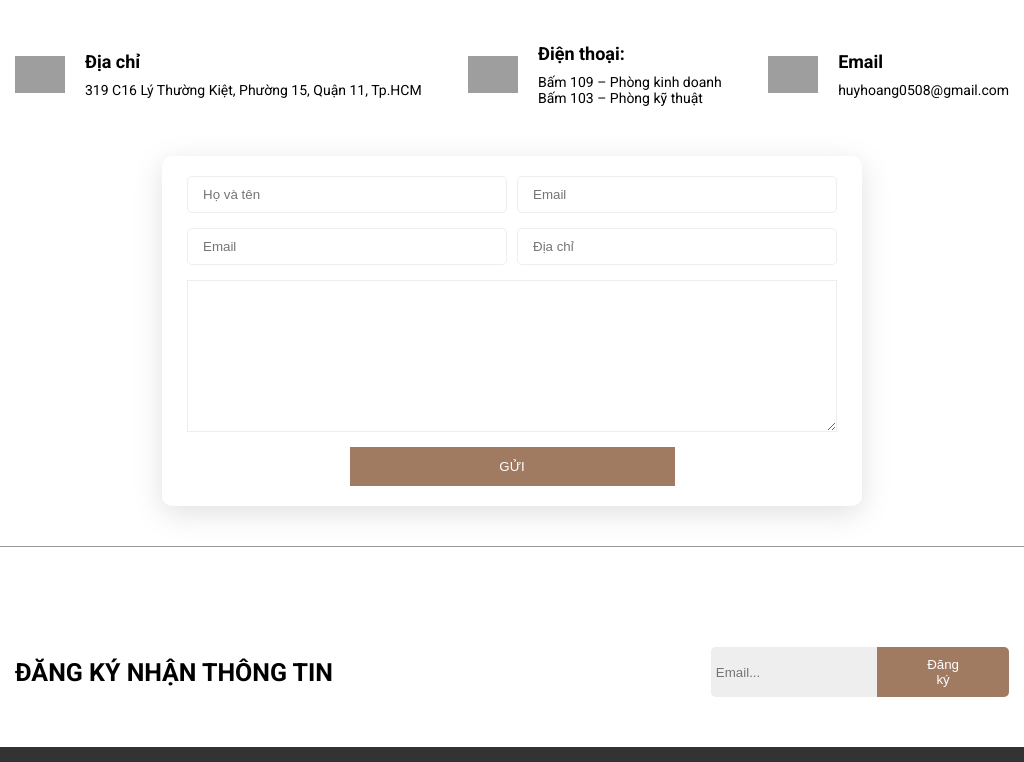
Repository: web345/WEBNANGCAO-clock-
Page: contact.html
These files come from the project's save history. The page is drawn as it stood at one moment and after the next save; the edit follows.
The browser window is 1024 px wide. The pictures show the part of the page from y = 678 to 1440 px (the page is 1911 px tall before and 2005 px after).
Pictures or frames that could not be fetched are drawn as grey boxes. A picture or video elsewhere on the page could not be fetched, so the positions and the page height are approximate. Some web libraries are served in a nearby version.

Above is the page before, as saved 2021-09-10 21:09:10.

### contact.html
<!DOCTYPE html>
<html lang="en">
  <head>
    <meta charset="UTF-8" />
    <meta http-equiv="X-UA-Compatible" content="IE=edge" />
    <meta name="viewport" content="width=device-width, initial-scale=1.0" />
    <title>Document</title>
    <link rel="preconnect" href="https://fonts.gstatic.com" />
    <link
      href="https://fonts.googleapis.com/css2?family=Roboto:ital,wght@0,100;0,300;0,400;0,500;0,700;0,900;1,100;1,300;1,400;1,500;1,700;1,900&display=swap"
      rel="stylesheet"
    />
    <link rel="stylesheet" href="./CSS/index.css" />
    <link rel="stylesheet" href="./CSS/contact.css" />
    <link
      rel="stylesheet"
      href="https://cdnjs.cloudflare.com/ajax/libs/font-awesome/5.15.3/css/all.min.css"
    />
    <!-- thư viện slick slider  -->
    <link
      rel="stylesheet"
      type="text/css"
      href="//cdn.jsdelivr.net/npm/slick-carousel@1.8.1/slick/slick.css"
    />
  </head>
  <body>
    <header>
      <div class="header-1">
        <div class="container">
          <div class="header-1-s">
            <div class="header-1-item-1">
              <p class="header-1-item-text-1">
                <i class="fas fa-map-marker-alt icon"></i> 319 - C16 Lý Thường
                Kiệt, P.15, Q.11, Tp.HCM
              </p>
              <p class="header-1-item-text-1">
                <i class="fas fa-phone-alt icon"></i>
                <a href="" class="header-1-item-text-link">076 922 0162</a>
              </p>
            </div>
            <div class="header-1-item-1">
              <p class="header-1-item-text-2">
                <a href="" class="header-1-item-text-link"
                  ><i class="fab fa-facebook-f"></i
                ></a>
              </p>
              <p class="header-1-item-text-2">
                <a href="" class="header-1-item-text-link"
                  ><i class="fab fa-instagram"></i
                ></a>
              </p>
              <p class="header-1-item-text-2">
                <a href="" class="header-1-item-text-link"
                  ><i class="fab fa-twitter"></i
                ></a>
              </p>
            </div>
          </div>
        </div>
      </div>

      <div class="header-2">
        <div class="container">
          <div class="header-2-s">
            <div class="header-2-logo">
              <img src="./logo/logo-mona-2.png" alt="" />
            </div>

            <div class="header-2-search">
              <input type="text" placeholder="Tìm kiếm" />
              <button type="submit"><i class="fas fa-search"></i></button>
            </div>

            <div class="header-2-right">
              <p class="header-2-right-text">
                <a href=""><i class="fas fa-heart"></i></a>
              </p>
              <p class="header-2-right-cart">
                <span class="header-2-right-number">0</span>
              </p>
            </div>
          </div>
        </div>
      </div>

      <!-- lam phan icon de dropmenu khi responsive -->
      <input type="checkbox" id="toggle-menu" />
      <label for="toggle-menu" class="header-icon-responsive">
        <i class="fas fa-bars" id="header-icon1"></i>
        <i class="fas fa-times" id="header-icon2"></i>
      </label>
      <div class="header-3">
        <div class="header-3-s">
          <ul class="header-3-list">
            <li class="header-3-list-item active">
              <a href="./index.html" class="header-3-list-item-link"
                >Trang chủ</a
              >
            </li>
            <li class="header-3-list-item">
              <a href="./introduce.html" class="header-3-list-item-link"
                >Giới thiệu</a
              >
            </li>
            <li class="header-3-list-item">
              <a href="./product-boy.html" class="header-3-list-item-link"
                >đồng hồ nam</a
              >
            </li>
            <li class="header-3-list-item">
              <a href="./product-girl.html" class="header-3-list-item-link"
                >đồng hồ nữ</a
              >
            </li>
            <li class="header-3-list-item">
              <a href="./news.html" class="header-3-list-item-link">blogs</a>
            </li>
            <li class="header-3-list-item">
              <a href="./contact.html" class="header-3-list-item-link"
                >liên hệ</a
              >
            </li>
            <li class="header-3-list-item">
              <a href="" class="header-3-list-item-link">Đăng nhập</a>
            </li>
            <li class="header-3-list-item header-3-list-item-mobile">
              <div class="header-3-list-item-search">
                <input
                  type="text"
                  name=""
                  id=""
                  class="header-3-list-item-search-input"
                  placeholder="Tìm kiếm"
                />
                <button class="header-3-list-item-search-btn" type="submit">
                  <i class="fas fa-search"></i>
                </button>
              </div>
            </li>
          </ul>
        </div>
      </div>
    </header>
    <!-- hết phần header  -->

    <div class="contact">
      <div class="container">
        <div class="contact-maps">
          <div class="contact__maps-epu">
            <iframe
              src="https://www.google.com/maps/embed?pb=!1m18!1m12!1m3!1d3723.657060482336!2d105.78272751429809!3d21.04640359255304!2m3!1f0!2f0!3f0!3m2!1i1024!2i768!4f13.1!3m3!1m2!1s0x3135abb158a2305d%3A0x5c357d21c785ea3d!2zVHLGsOG7nW5nIMSQ4bqhaSBo4buNYyDEkGnhu4duIEzhu7Fj!5e0!3m2!1svi!2s!4v1631268219230!5m2!1svi!2s"
              width="1200"
              height="450"
              style="border: 0"
              allowfullscreen=""
              loading="lazy"
            ></iframe>
          </div>
        </div>
        <div class="contact-list">
          <div class="contact-item">
            <img src="./contact/contact1.PNG" alt="" class="contact-image" />
            <div class="contact-info">
              <h3 class="info-name">Địa chỉ</h3>
              <p class="info-desc">
                319 C16 Lý Thường Kiệt, Phường 15, Quận 11, Tp.HCM
              </p>
            </div>
          </div>
          <div class="contact-item">
            <img src="./contact/contact2.PNG" alt="" class="contact-image" />
            <div class="contact-info">
              <h3 class="info-name">Điện thoại:</h3>
              <p class="info-desc">Bấm 109 – Phòng kinh doanh</p>
              <p class="info-desc">Bấm 103 – Phòng kỹ thuật</p>
            </div>
          </div>
          <div class="contact-item">
            <img src="./contact/contact3.PNG" alt="" class="contact-image" />
            <div class="contact-info">
              <h3 class="info-name">Email</h3>
              <p class="info-desc">huyhoang0508@gmail.com</p>
            </div>
          </div>
        </div>
        <form action="#">
          <div class="form-group">
            <input type="text" class="contact-form" placeholder="Họ và tên" />
            <input type="text" class="contact-form" placeholder="Email" />
          </div>
          <div class="form-group">
            <input type="text" class="contact-form" placeholder="Email" />
            <input type="text" class="contact-form" placeholder="Địa chỉ" />
          </div>
          <div class="form-group">
            <textarea name="" id="" cols="30" rows="10"></textarea>
          </div>
          <button type="submit" class="btn-contact">Gửi</button>
        </form>
      </div>
    </div>

    <div class="email">
      <div class="container">
        <h3 class="sub-info">Đăng ký nhận thông tin</h3>
        <div class="email-sub">
          <input type="email" name="" id="" placeholder="Email..." />
          <button type="submit" class="btn-email">
            <span>Đăng ký</span>
          </button>
        </div>
      </div>
    </div>

    <!-- làm phần footer  -->
    <footer>
      <div class="container">
        <div class="footer-s">
          <div class="row2">
            <div class="footer-item footer-item-1">
              <h2 class="footer-item-tittle">THÔNG TIN LIÊN HỆ</h2>
              <div class="footer-item-list">
                <div class="footer-item-list-item">
                  <div class="footer-item-list-item-icon">
                    <i class="fas fa-map-marker-alt"></i>
                  </div>
                  <div class="footer-item-list-item-text">
                    <p>
                      <a href=""
                        >319 C16 Lý Thường Kiệt, Phường 15, Quận 11, Tp.HCM</a
                      >
                    </p>
                  </div>
                </div>

                <div class="footer-item-list-item">
                  <div class="footer-item-list-item-icon">
                    <i class="fas fa-phone-alt"></i>
                  </div>
                  <div class="footer-item-list-item-text">
                    <p><a href="">076 922 0162</a></p>
                  </div>
                </div>

                <div class="footer-item-list-item">
                  <div class="footer-item-list-item-icon">
                    <i class="fas fa-envelope-open-text"></i>
                  </div>
                  <div class="footer-item-list-item-text">
                    <p><a href="">demonhunterg@gmail.com mon@mona.media</a></p>
                  </div>
                </div>

                <div class="footer-item-list-item">
                  <div class="footer-item-list-item-icon">
                    <i class="fab fa-skype"></i>
                  </div>
                  <div class="footer-item-list-item-text">
                    <p><a href="">demonhunterp</a></p>
                  </div>
                </div>
              </div>
              <div class="footer-item-icon">
                <div class="footer-item-icon-item footer-item-icon-item-face">
                  <a href=""><i class="fab fa-facebook-f"></i></a>
                </div>
                <div class="footer-item-icon-item footer-item-icon-item-insta">
                  <a href=""><i class="fab fa-instagram"></i></a>
                </div>
                <div
                  class="footer-item-icon-item footer-item-icon-item-twitter"
                >
                  <a href=""><i class="fab fa-twitter"></i></a>
                </div>
                <div class="footer-item-icon-item footer-item-icon-item-wifi">
                  <a href=""><i class="fas fa-wifi"></i></a>
                </div>
                <div class="footer-item-icon-item footer-item-icon-item-linked">
                  <a href=""><i class="fab fa-linkedin-in"></i></a>
                </div>
              </div>
            </div>

            <div class="footer-item footer-item-1">
              <h2 class="footer-item-tittle">LIÊN KẾT</h2>
              <div class="footer-item-list">
                <div class="footer-item-list-item">
                  <div class="footer-item-list-item-text">
                    <p><a href="./introduce.html">Giới thiệu</a></p>
                  </div>
                </div>

                <div class="footer-item-list-item">
                  <div class="footer-item-list-item-text">
                    <p><a href="./product-boy.html">Đồng hồ nam</a></p>
                  </div>
                </div>

                <div class="footer-item-list-item">
                  <div class="footer-item-list-item-text">
                    <p><a href="./product-girl.html">Đồng hồ nữ</a></p>
                  </div>
                </div>

                <div class="footer-item-list-item">
                  <div class="footer-item-list-item-text">
                    <p><a href="./news.html">Blogs</a></p>
                  </div>
                </div>

                <div class="footer-item-list-item">
                  <div class="footer-item-list-item-text">
                    <p><a href="./contact.html">Liên hệ</a></p>
                  </div>
                </div>
              </div>
            </div>

            <div class="footer-item footer-item-1">
              <h2 class="footer-item-tittle">HỖ TRỢ</h2>
              <div class="footer-item-list">
                <div class="footer-item-list-item">
                  <div class="footer-item-list-item-text">
                    <p><a href="./introduce.html">Hướng dẫn mua hàng</a></p>
                  </div>
                </div>

                <div class="footer-item-list-item">
                  <div class="footer-item-list-item-text">
                    <p><a href="./introduce.html">Hướng dẫn thanh toán</a></p>
                  </div>
                </div>

                <div class="footer-item-list-item">
                  <div class="footer-item-list-item-text">
                    <p><a href="./introduce.html">Chính sách bảo hành</a></p>
                  </div>
                </div>

                <div class="footer-item-list-item">
                  <div class="footer-item-list-item-text">
                    <p><a href="./introduce.html">Chính sách đổi trả</a></p>
                  </div>
                </div>

                <div class="footer-item-list-item">
                  <div class="footer-item-list-item-text">
                    <p><a href="./contact.html">Tư vấn khách hàng</a></p>
                  </div>
                </div>
              </div>
            </div>

            <div class="footer-item footer-item-4">
              <h2 class="footer-item-tittle">TẢI ỨNG DỤNG TRÊN</h2>
              <div class="footer-item-list">
                <div class="footer-item-list-item">
                  <div class="footer-item-list-item-text">
                    <p>
                      <a href=""
                        >Ứng dụng Mona Watch hiện có sẵn trên Google Play & App
                        Store. Tải nó ngay.</a
                      >
                    </p>
                  </div>
                </div>

                <div class="footer-item-list-item">
                  <img
                    class="footer-item-list-item-img"
                    src="http://mauweb.monamedia.net/donghohaitrieu/wp-content/uploads/2019/07/img-googleplay.jpg"
                    alt=""
                  />
                </div>

                <div class="footer-item-list-item">
                  <img
                    class="footer-item-list-item-img"
                    src="http://mauweb.monamedia.net/donghohaitrieu/wp-content/uploads/2019/07/img-appstore.jpg"
                    alt=""
                  />
                </div>
              </div>
            </div>
          </div>
        </div>
      </div>
      <h3 class="footer-banquyen">Lương Ngọc Vinh - Nguyễn Huy Hoàng</h3>
    </footer>

    <!-- thư viện js của jquery -->
    <script src="https://cdnjs.cloudflare.com/ajax/libs/jquery/3.6.0/jquery.min.js"></script>
    <!-- thư viện js của AOS -->
    <script src="https://cdnjs.cloudflare.com/ajax/libs/aos/2.0.2/aos.js"></script>
    <script>
      AOS.init({
        offset: 120,
        duration: 500,
      });
    </script>
    <!-- thư viện js của slick slider -->
    <script
      type="text/javascript"
      src="//cdn.jsdelivr.net/npm/slick-carousel@1.8.1/slick/slick.min.js"
    ></script>
    <script>
      $(document).ready(function () {
        $(".single-item").slick({
          autoplay: true,
          autoplaySpeed: 2000,
          prevArrow: ".main-banner-arrow-left",
          nextArrow: ".main-banner-arrow-right",
        });

        $(".responsive").slick({
          dots: false,
          infinite: true,
          speed: 300,
          slidesToShow: 4,
          slidesToScroll: 4,
          prevArrow: ".main-3-tittle-arrow-left",
          nextArrow: ".main-3-tittle-arrow-right",
          autoplay: true,
          autoplaySpeed: 1500,
          responsive: [
            {
              breakpoint: 1024,
              settings: {
                slidesToShow: 3,
                slidesToScroll: 3,
                infinite: true,
                dots: false,
              },
            },
            {
              breakpoint: 680,
              settings: {
                slidesToShow: 2,
                slidesToScroll: 2,
              },
            },
            {
              breakpoint: 480,
              settings: {
                slidesToShow: 1,
                slidesToScroll: 1,
              },
            },
            // You can unslick at a given breakpoint now by adding:
            // settings: "unslick"
            // instead of a settings object
          ],
        });
      });
    </script>
  </body>
</html>

### CSS/contact.css
.contact {
  margin-top: 30px;
  margin-bottom: 100px;
}

.contact .container {
  border-bottom: 1px solid #999;
  padding-bottom: 40px;
}

.contact-list {
  margin-top: 40px;
  display: flex;
  justify-content: space-between;
}
.contact-item {
  display: flex;
  align-items: center;
}

.contact-item img {
  width: 50px;
  margin-right: 20px;
}

h3.info-name {
  font-size: 18px;
  margin-bottom: 10px;
}

form {
  max-width: 700px;
  width: 100%;
  margin: 50px auto 0;
  background-color: #fff;
  box-shadow: rgba(100, 100, 111, 0.2) 0px 7px 29px 0px;
  padding: 20px 25px;
  border-radius: 10px;
}

.form-group {
  display: flex;
  align-items: center;
  gap: 10px;
  margin-bottom: 15px;
}

.form-group input {
  width: 50%;
  padding: 10px 15px;
  outline: none;
  border: 1px solid #eee;
  border-radius: 5px;
  transition: all 0.25s linear;
}

.form-group input:focus,
.form-group textarea:focus {
  border-color: #3d6ef7;
}

.form-group textarea {
  width: 100%;
  outline: none;
  border: 1px solid #eee;
}

button.btn-contact {
  margin: 0 auto;
  padding: 12px 24px;
  width: 50%;
  display: block;
  outline: none;
  border: none;
  cursor: pointer;
  background-color: #a07a61;
  color: #fff;
  text-transform: uppercase;
  transition: all 0.25s linear;
}

button.btn-contact:hover {
  opacity: 0.6;
}

.email {
  margin-bottom: 50px;
}

.email .container {
  display: flex;
  justify-content: space-between;
  align-items: center;
}

h3.sub-info {
  text-transform: uppercase;
  font-size: 25px;
}

.email-sub {
  width: 30%;
  display: flex;
  align-items: center;
  background-color: #eee;
  border-radius: 5px;
}

.email-sub input {
  border: 0;
  padding: 5px;
  height: 100%;
  width: 100%;
  background: none;
  outline: none;
}

.email-sub button.btn-email {
  padding: 10px 50px;
  border: none;
  outline: none;
  background-color: #a07a61;
  color: #fff;
  border-radius: 0 5px 5px 0px;
}

@media screen and (min-width: 1024px) and (max-width: 1279px) {
  .contact__maps-epu iframe {
    width: 100%;
  }
}

Loaded but not shown: CSS/index.css (1089 lines, source omitted)

After the next save:
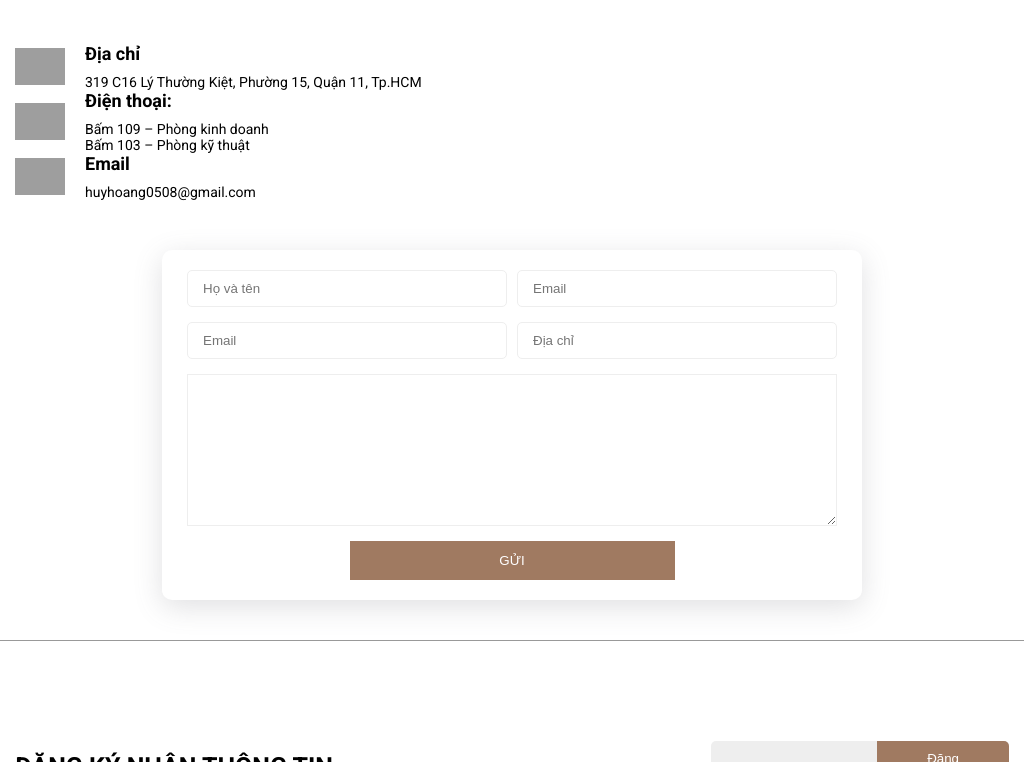
Saved 18 s later.
--- a/CSS/contact.css
+++ b/CSS/contact.css
@@ -128,4 +128,7 @@ h3.sub-info {
   .contact__maps-epu iframe {
     width: 100%;
   }
+  .contact-list {
+    display: block;
+  }
 }
